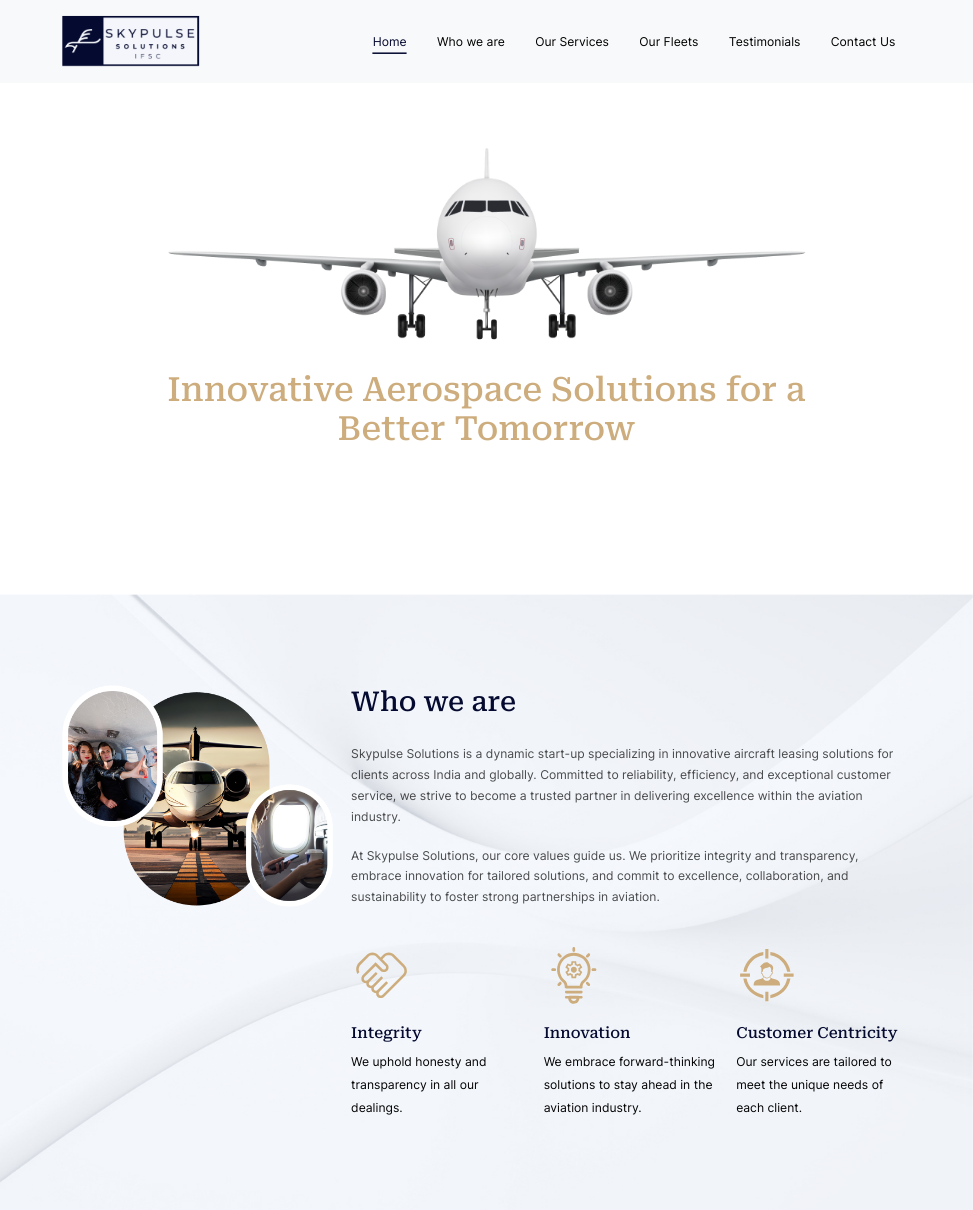
Repository: mangalravi/SkyPulse
Page: index.html
The author's editor kept a copy of each file at every save. The page is drawn from the files as they stood at one save, then again after the next save.
The browser window is 1280 px wide. The pictures show the whole page, at 76% of full size.

Above is the page before, as saved 2024-12-30 10:44:27.

After the next save:
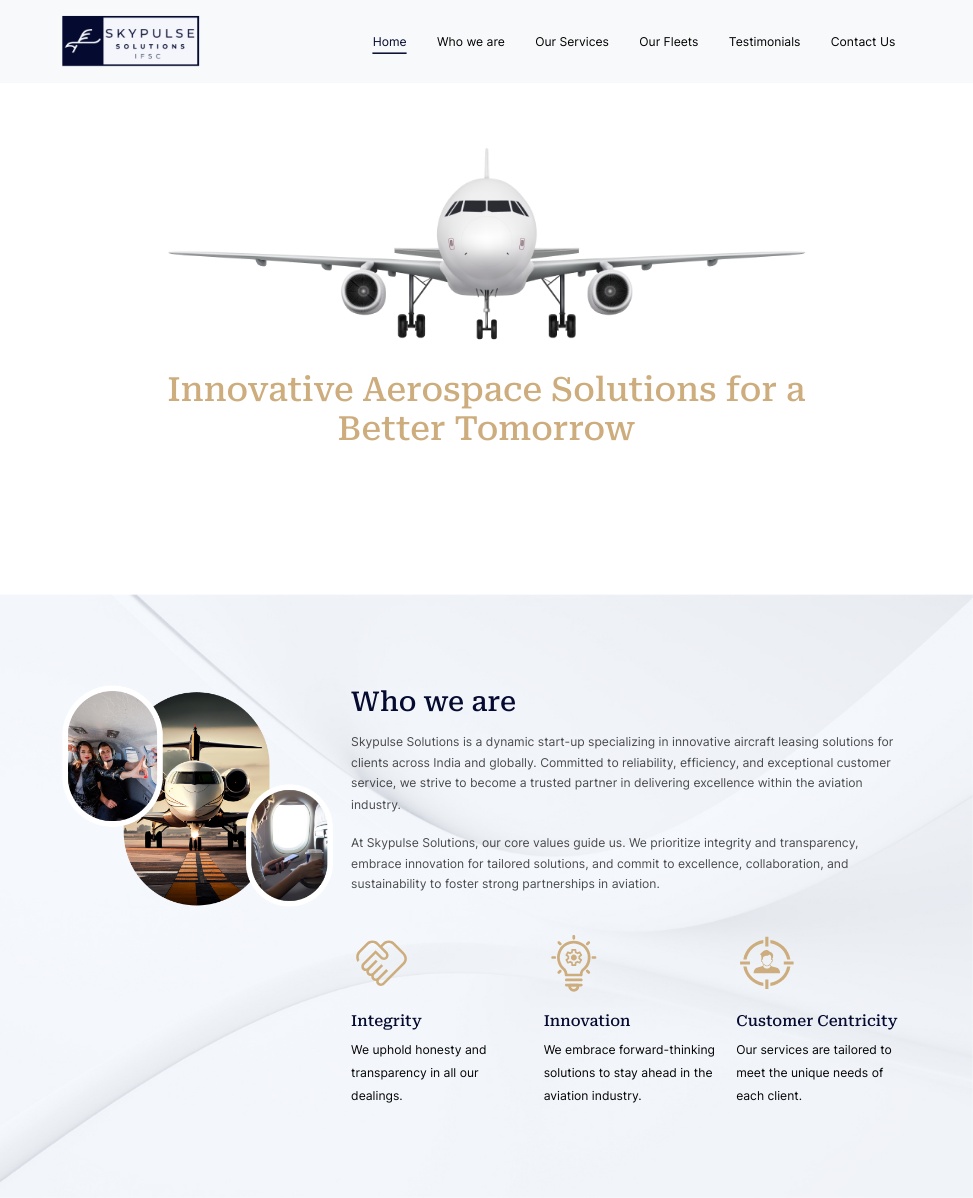
Saved 13 s later.
--- a/content/css/custom.css
+++ b/content/css/custom.css
@@ -96,6 +96,7 @@
   font-size: 2.25rem;
   line-height: 45px;
 }
+.who
 .who-we-are .sec-head{
   margin-bottom: 2rem;
 }

After the 4 saves that followed:
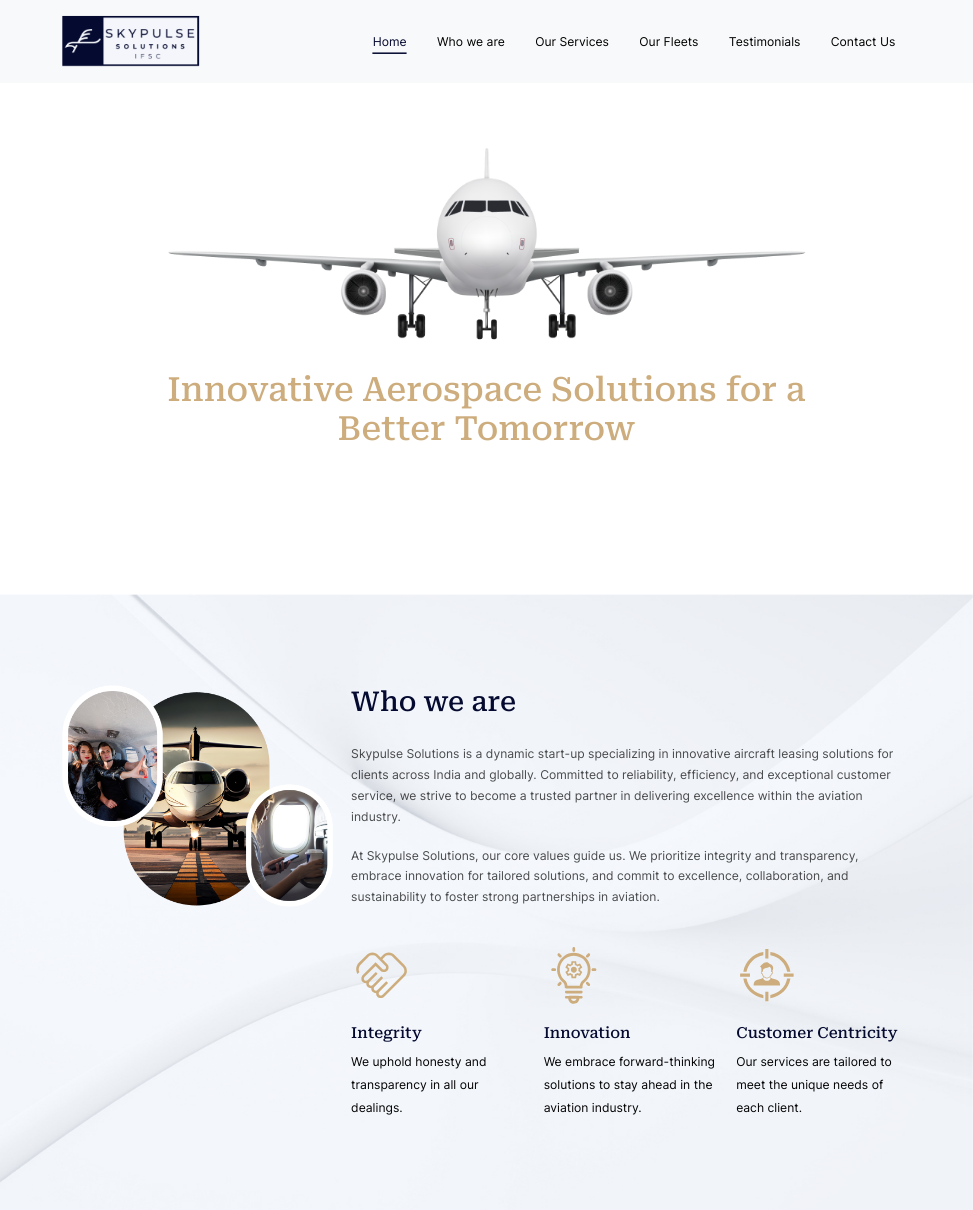
The 4 saves are shown as one change because they came seconds apart.
The last was saved 10 s later.
--- a/content/css/custom.css
+++ b/content/css/custom.css
@@ -96,7 +96,11 @@
   font-size: 2.25rem;
   line-height: 45px;
 }
-.who
+.who-we-are{
+  background:url(../images/who-we-are-bg.jpg) cover;
+  background-position:center;
+  background-repeat: no-repeat;
+}
 .who-we-are .sec-head{
   margin-bottom: 2rem;
 }
